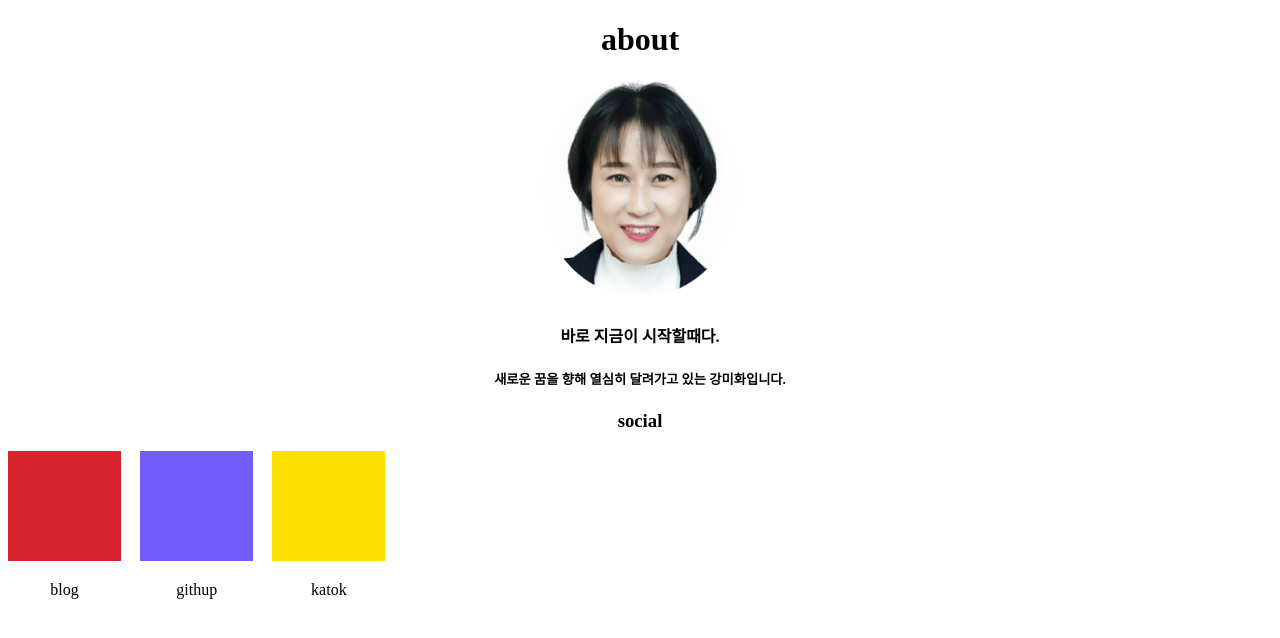
Repository: kmh9964/view
Page: workspace/studyhtml5/src/htmltags03.html
These files come from the project's save history. The page is drawn as it stood at one moment and after the next save; the edit follows.
The browser window is 1280 px wide. The pictures show the whole page.

Above is the page before, as saved 2022-12-14 07:56:30.

After the next save:
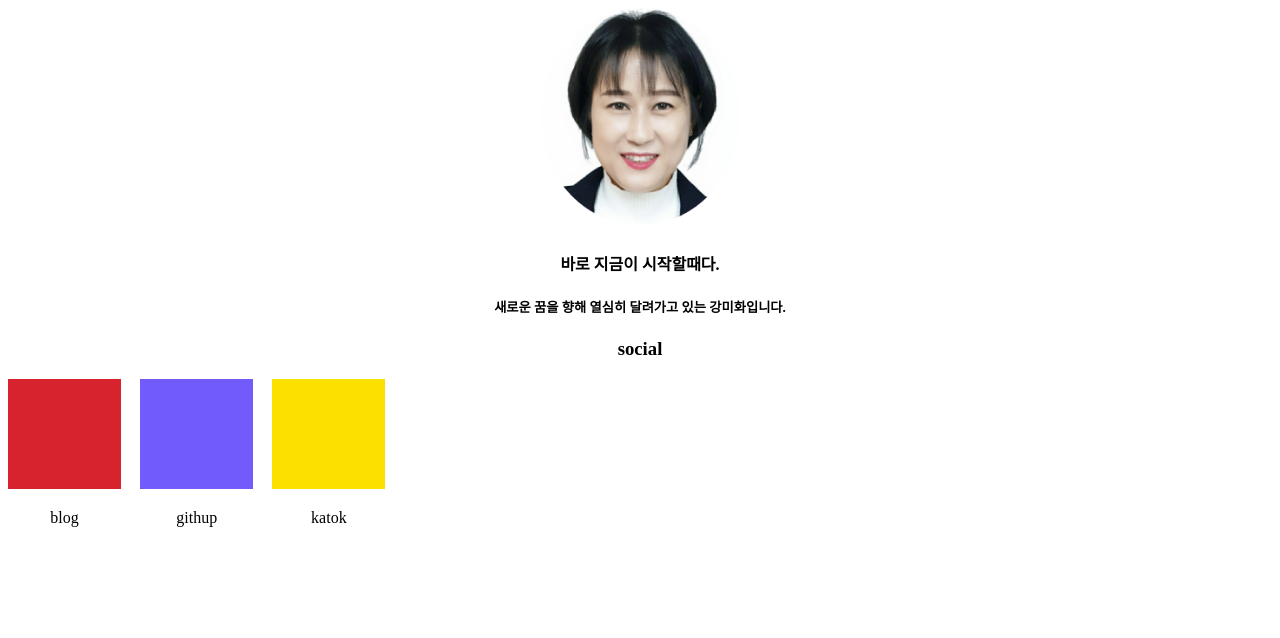
Saved 3 min 41 s later.
--- a/workspace/studyhtml5/src/htmltags03.html
+++ b/workspace/studyhtml5/src/htmltags03.html
@@ -12,14 +12,18 @@
 			속성1: 값1:
 			속성2: 값2:
 		}*/
-		h1,h4,h5,h3{
+		.d-none {
+			display: none; /* 표시: 안함 */
+
+		}
+		h1,h4,h5,h3 {
 		text-align:center;
 
 		}
-		.profile{
+		.profile {
 			text-align:center;
 		}
-	.icons{
+	.icons {
 		display: flex;      /* 표시방법 : 플렉스 */
 		column-gap: 1.2rem; /* 컬럼-간격: 1rem만큼 띄어줘 */
 		text-align:center;	/* 텍스트-정렬: 가운데 */
@@ -28,7 +32,7 @@
 
 </head>
 <body>
-	<h1>about</h1>
+	<h1 class="d-none">about</h1>
  	<div class="profile">
  		<img src="images/photo.png" alt="지원자 강미화" width="200">
  	</div>
